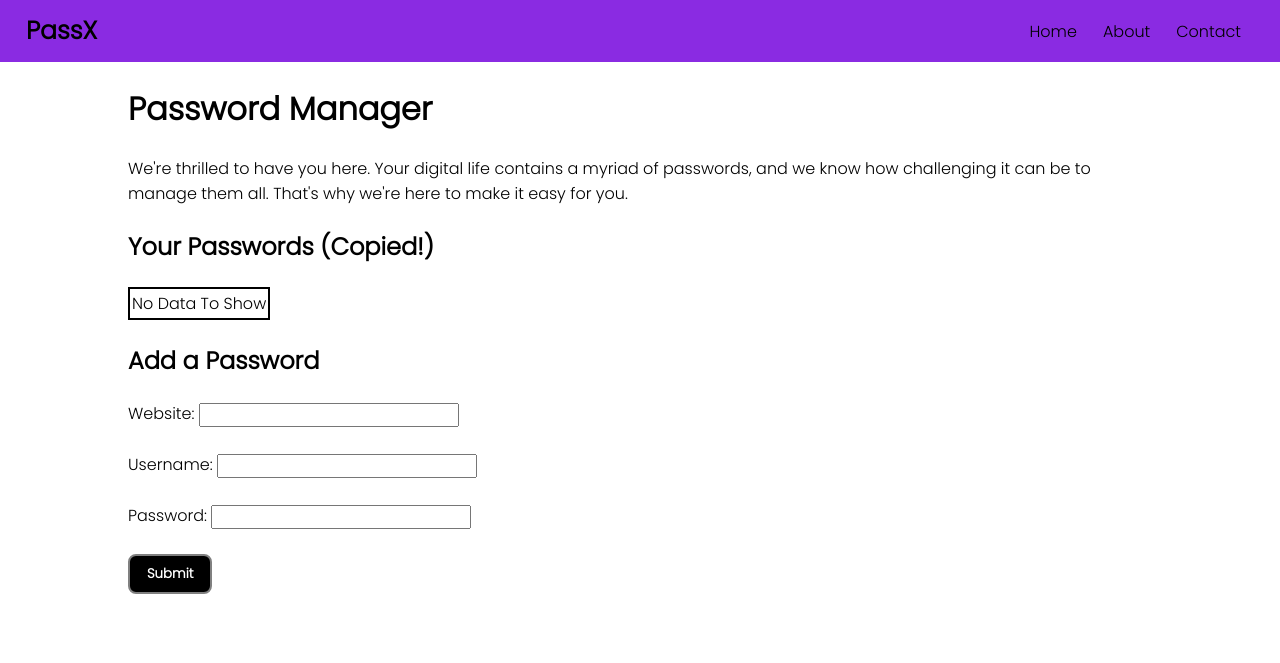
Repository: Abhi2807ar/PASSWORD-MANAGER
Page: index.html
The author's editor kept a copy of each file at every save. The page is drawn from the files as they stood at one save, then again after the next save.
The browser window is 1280 px wide. The pictures show the whole page.

Above is the page before, as saved 2024-10-14 18:57:47.

### index.html

<!DOCTYPE html>
<html lang="en">

<head>
    <meta charset="UTF-8">
    <meta name="viewport" content="width=device-width, initial-scale=1.0">
    <title>PassX - Your Personal Password Manager</title>
    <link rel="stylesheet" href="style.css">
</head>

<body>
    <nav>
        <div class="logo">PassX</div>
        <ul>
            <li>Home</li>
            <li>About</li>
            <li>Contact</li>
        </ul>
    </nav>
    <div class="container">
        <h1>Password Manager</h1>
        <p>We're thrilled to have you here. Your digital life contains a myriad of passwords, and we know how
            challenging it can be to manage them all. That's why we're here to make it easy for you.</p>
        <h2>Your Passwords <span id="alert">(Copied!)</span></h2>
        <table>
            <tr>
                <th>Website</th>
                <th>Username</th>
                <th>Password</th>
                <th>Delete</th>
            </tr>

        </table>

        <h2>Add a Password</h2>
        <form action="/submit" method="post">

            <!-- Text input for website -->
            <label for="website">Website:</label>
            <input type="text" id="website" name="website" required>
            <br><br>

            <!-- Text input for username -->
            <label for="username">Username:</label>
            <input type="text" id="username" name="username" required>
            <br><br>

            <!-- Password input -->
            <label for="password">Password:</label>
            <input type="password" id="password" name="password" required>
            <br>
            <!-- Submit button -->
            <button class="btn" type="submit">Submit</button>
        </form>
    </div>
    <script src="script.js"></script>
</body>

</html>

### style.css

@import url('https://fonts.googleapis.com/css2?family=Poppins:wght@200;300&display=swap');
*{
    margin:0;
    padding:0;
    font-family: "Poppins", sans-serif;;
 }
 nav{ background-color: blueviolet;
    padding:12px 3px;
    display:flex;
    justify-content:space-between;
 }
 .logo{
    margin:0 23px;
    font-weight: 800;
    font-size:25px;
 }
 ul{
    display:flex;
    margin: 0 23px;
    align-items: center;

 }
 ul > li{
    list-style:none;
     margin:0 13px;
     cursor:pointer;
 }
 ul > li:hover{
    color:white;
 }
 table {
    border:2px solid black

}
.container{
    max-width: 80vw;
    margin: 23px auto;
}
h1,h2,h3{
    margin:23px 0;
}
.btn{
    padding:8px 17px;
    background:black;
    color:white;
    font-weight: 900;
    border:2px solid grey;
    border-radius:8px;
    margin:25px 0;
    cursor:pointer;
}
.btnsm{
    background:black;
    color:white;
    font-weight: 900;
    border:2px solid grey;
    border-radius:8px;
    margin:25px 0;
    cursor:pointer;

}
img{
    cursor:pointer;
    position: relative;
    bottom: 7px;
    width:15px;
    height: 13px;
}
.alert{
    display:none;
}

### script.js
function maskPassword(pass){
    let str = ""
    for (let index = 0; index < pass.length; index++) {
        str  += "*"
    }
    return str
}

function copyText(txt) {
    navigator.clipboard.writeText(txt).then(
        () => {
          /* clipboard successfully set */
          document.getElementById("alert").style.display = "inline"
          setTimeout(() => {
            document.getElementById("alert").style.display = "none"
          }, 2000);

        },
        () => {
          /* clipboard write failed */
          alert("Clipboard copying failed")
        },
      );
  }

const deletePassword = (website)=>{
    let data = localStorage.getItem("passwords")
    let arr = JSON.parse(data);
    arrUpdated = arr.filter((e)=>{
        return e.website != website
    })
    localStorage.setItem("passwords", JSON.stringify(arrUpdated))
    alert(`Successfully deleted ${website}'s password`)
    showPasswords()

}

// Logic to fill the table
const showPasswords = () => {
    let tb = document.querySelector("table")
    let data = localStorage.getItem("passwords")
    if (data == null || JSON.parse(data).length == 0) {
        tb.innerHTML = "No Data To Show"
    }
    else {
        tb.innerHTML =  `<tr>
        <th>Website</th>
        <th>Username</th>
        <th>Password</th>
        <th>Delete</th>
    </tr> `
        let arr = JSON.parse(data);
        let str = ""
        for (let index = 0; index < arr.length; index++) {
            const element = arr[index];

            str += `<tr>
    <td>${element.website} <img onclick="copyText('${element.website}')" src="./copy.svg" alt="Copy Button" width="10" width="10" height="10">
    </td>
    <td>${element.username} <img onclick="copyText('${element.username}')" src="./copy.svg" alt="Copy Button" width="10" width="10" height="10">
    </td>
    <td>${maskPassword(element.password)} <img onclick="copyText('${element.password}')" src="./copy.svg" alt="Copy Button" width="10" width="10" height="10">
    </td>
    <td><button class="btnsm" onclick="deletePassword('${element.website}')">Delete</button></td>
        </tr>`
        }
        tb.innerHTML = tb.innerHTML + str

    }
    website.value = ""
    username.value = ""
    password.value = ""
}

console.log("Working");
showPasswords()
document.querySelector(".btn").addEventListener("click", (e) => {
    e.preventDefault()
    console.log("Clicked....")
    console.log(username.value, password.value)
    let passwords = localStorage.getItem("passwords")
    console.log(passwords)
    if (passwords == null) {
        let json = []
        json.push({website: website.value, username: username.value, password: password.value })
        alert("Password Saved");
        localStorage.setItem("passwords", JSON.stringify(json))
    }
    else {
        let json = JSON.parse(localStorage.getItem("passwords"))
        json.push({ website: website.value, username: username.value, password: password.value })
        alert("Password Saved");
        localStorage.setItem("passwords", JSON.stringify(json))
    }
    showPasswords()
})

### index.js
//logic to fill the table

function copyText(txt){
    navigator.clipboard.writeText(txt).then(
        ()=>{

        },
        ()=>{
            alert("Clipboard copying failed")
        },
    );
}








const deletePassword=(website)=>{
    let data=localStorage.getItem("passwords")
    let arr=JSON.parse(data);
    arrUpdated=arr.filter((e)=>{
        return e.website !=website
    })
    localStorage.setItem("passwords",JSON.stringify( arrUpdated))
}
const showPasswords=()=>{
let tb=document.querySelector("table")
let data=localStorage.getItem("passwords")
if(data==null){
    tb.innerHTML="No Data To Show"
}

else {
  tb.innerHTML=`<tr>
              <th>website</th>
              <th>username</th>
              <th>Password</th>
              <th>Delete</th>
            </tr>`

    let arr=JSON.parse(data);
    let str=""
    for(let index=0; index<arr.length;index++){
        const element=arr[index];


         str+=`<tr>

<td>${element.website} <img  onClick ="copyText('${element.website}')" src="data:[embedded picture, 385 characters]" alt="Copy Button" />
</td>
<td>${element.username}<img onClick ="copyText('${element.website}')" src="data:[embedded picture, 385 characters]" alt="Copy Button" /></td>
<td>${element.password}<img onClick ="copyText('${element.website}')" src="data:[embedded picture, 385 characters]" alt="Copy Button" /></td>
<td><button class="btnsm" onClick="deletePassword('${element.website}')">Delete</button></td>
</tr>`
}
tb.innerHTML=tb.innerHTML +str
}
website.value=""
username.value=""
password.value=""
}
console.log("Working");
showPasswords()
Document.querySelector("btn").addEventListener("click",(e)=>{
    e.preventDefault()
    console.log("Clicked....")
    console.log(username.value,password.value)
    let passwords=localStorage.getItem("passwords")
    console.log(passwords)
    if(passwords==null){
        let json=[]
    json.push({website:website.value,username:username.value,password:password.value})
    alert("Password Saved");
    localStorage.setItem("passwords",JSON.stringify(json))
}
else{
    let json=JSON.parse(localStorage.getItem("passwords"))
    json.push({website:website.value,username:username.value,password:password.value})
    alert("Password Saved");
    localStorage.setItem("passwords",JSON.stringify(json))
}
showPasswords()
})

After the next save:
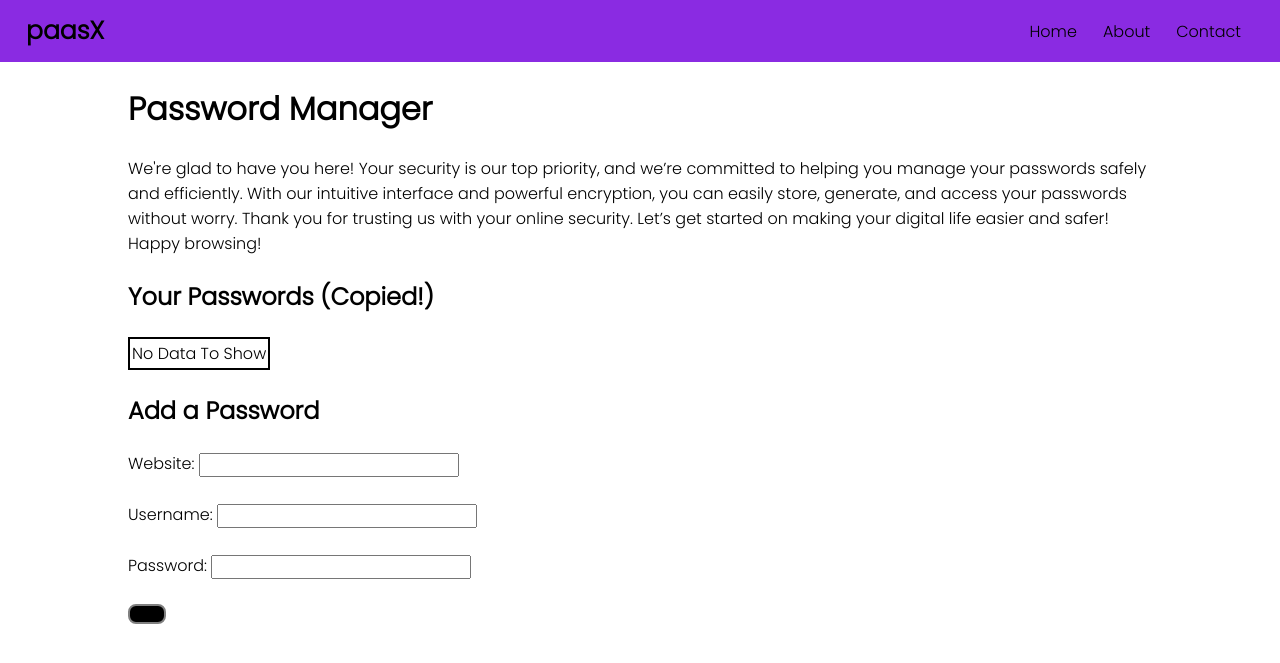
Console error: TypeError: Document.querySelector is not a function
Saved 3 s later.
--- a/index.html
+++ b/index.html
@@ -1,46 +1,49 @@
-
 <!DOCTYPE html>
 <html lang="en">
-
 <head>
     <meta charset="UTF-8">
     <meta name="viewport" content="width=device-width, initial-scale=1.0">
-    <title>PassX - Your Personal Password Manager</title>
-    <link rel="stylesheet" href="style.css">
+    <title>Documentx</title>
+  <link rel="stylesheet" href="style.css">
+
 </head>
 
 <body>
     <nav>
-        <div class="logo">PassX</div>
+        <div class="logo">paasX</div>
         <ul>
             <li>Home</li>
             <li>About</li>
             <li>Contact</li>
+
         </ul>
+
     </nav>
     <div class="container">
         <h1>Password Manager</h1>
-        <p>We're thrilled to have you here. Your digital life contains a myriad of passwords, and we know how
-            challenging it can be to manage them all. That's why we're here to make it easy for you.</p>
+        <p> We're glad to have you here! Your security is our top priority,
+             and we’re committed to helping you manage your passwords safely and efficiently.
+              With our intuitive interface and powerful encryption, you can easily store, generate, and access your passwords without worry.
+Thank you for trusting us with your online security. Let’s get started on making your digital life easier and safer!
+Happy browsing!
+        </p>
         <h2>Your Passwords <span id="alert">(Copied!)</span></h2>
+
         <table>
             <tr>
-                <th>Website</th>
-                <th>Username</th>
-                <th>Password</th>
-                <th>Delete</th>
+              <th>website</th>
+              <th>username</th>
+              <th>Password</th>
+              <th>Delete</th>
             </tr>
 
-        </table>
-
+          </table>
         <h2>Add a Password</h2>
         <form action="/submit" method="post">
-
-            <!-- Text input for website -->
+ <!-- Text input for website -->
             <label for="website">Website:</label>
             <input type="text" id="website" name="website" required>
             <br><br>
-
             <!-- Text input for username -->
             <label for="username">Username:</label>
             <input type="text" id="username" name="username" required>
@@ -50,11 +53,12 @@
             <label for="password">Password:</label>
             <input type="password" id="password" name="password" required>
             <br>
+
             <!-- Submit button -->
-            <button class="btn" type="submit">Submit</button>
-        </form>
+           <button class="btn" type="submit"></button>
+                </form>
     </div>
-    <script src="script.js"></script>
+    <script src="index.js"></script>
+
 </body>
-
 </html>

After the save that followed:
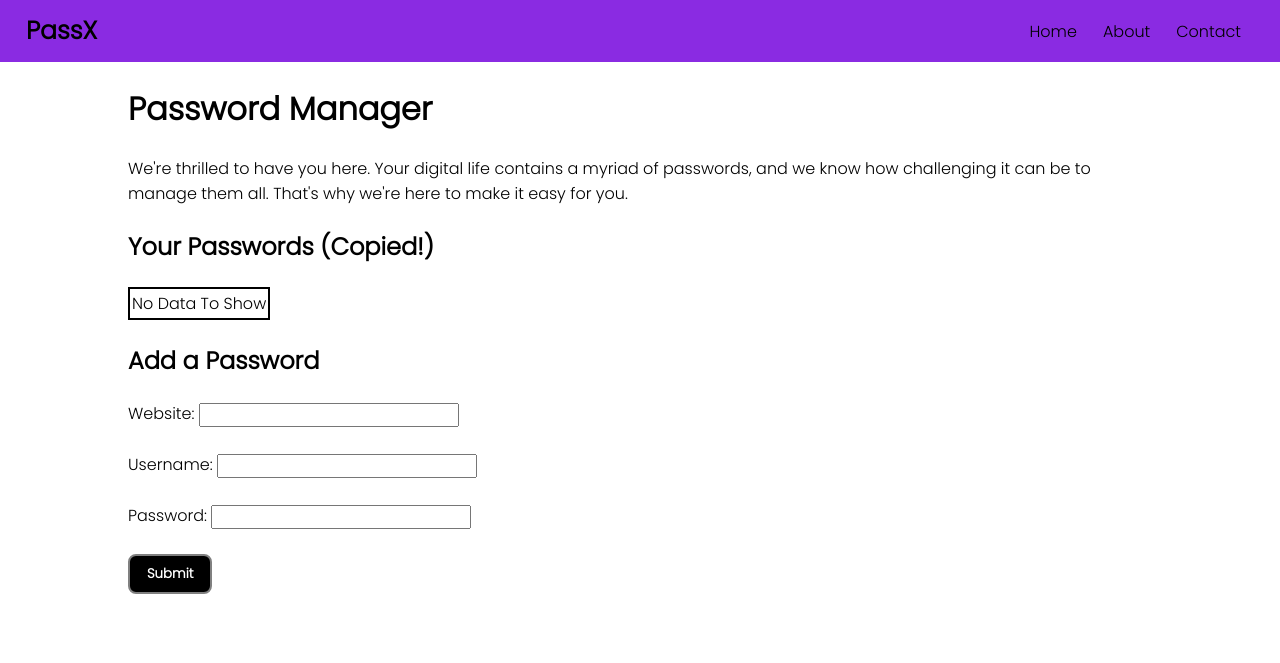
The error is gone.
Saved 54 s later.
--- a/index.html
+++ b/index.html
@@ -1,49 +1,45 @@
 <!DOCTYPE html>
 <html lang="en">
+
 <head>
     <meta charset="UTF-8">
     <meta name="viewport" content="width=device-width, initial-scale=1.0">
-    <title>Documentx</title>
-  <link rel="stylesheet" href="style.css">
-
+    <title>PassX - Your Personal Password Manager</title>
+    <link rel="stylesheet" href="style.css">
 </head>
 
 <body>
     <nav>
-        <div class="logo">paasX</div>
+        <div class="logo">PassX</div>
         <ul>
             <li>Home</li>
             <li>About</li>
             <li>Contact</li>
-
         </ul>
-
     </nav>
     <div class="container">
         <h1>Password Manager</h1>
-        <p> We're glad to have you here! Your security is our top priority,
-             and we’re committed to helping you manage your passwords safely and efficiently.
-              With our intuitive interface and powerful encryption, you can easily store, generate, and access your passwords without worry.
-Thank you for trusting us with your online security. Let’s get started on making your digital life easier and safer!
-Happy browsing!
-        </p>
+        <p>We're thrilled to have you here. Your digital life contains a myriad of passwords, and we know how
+            challenging it can be to manage them all. That's why we're here to make it easy for you.</p>
+
         <h2>Your Passwords <span id="alert">(Copied!)</span></h2>
-
         <table>
             <tr>
-              <th>website</th>
-              <th>username</th>
-              <th>Password</th>
-              <th>Delete</th>
+                <th>Website</th>
+                <th>Username</th>
+                <th>Password</th>
+                <th>Delete</th>
             </tr>
+        </table>
 
-          </table>
         <h2>Add a Password</h2>
         <form action="/submit" method="post">
- <!-- Text input for website -->
+
+            <!-- Text input for website -->
             <label for="website">Website:</label>
             <input type="text" id="website" name="website" required>
             <br><br>
+
             <!-- Text input for username -->
             <label for="username">Username:</label>
             <input type="text" id="username" name="username" required>
@@ -53,12 +49,11 @@
             <label for="password">Password:</label>
             <input type="password" id="password" name="password" required>
             <br>
+            <!-- Submit button -->
+            <button class="btn" type="submit">Submit</button>
+        </form>
+    </div>
+    <script src="script.js"></script>
+</body>
 
-            <!-- Submit button -->
-           <button class="btn" type="submit"></button>
-                </form>
-    </div>
-    <script src="index.js"></script>
-
-</body>
 </html>
